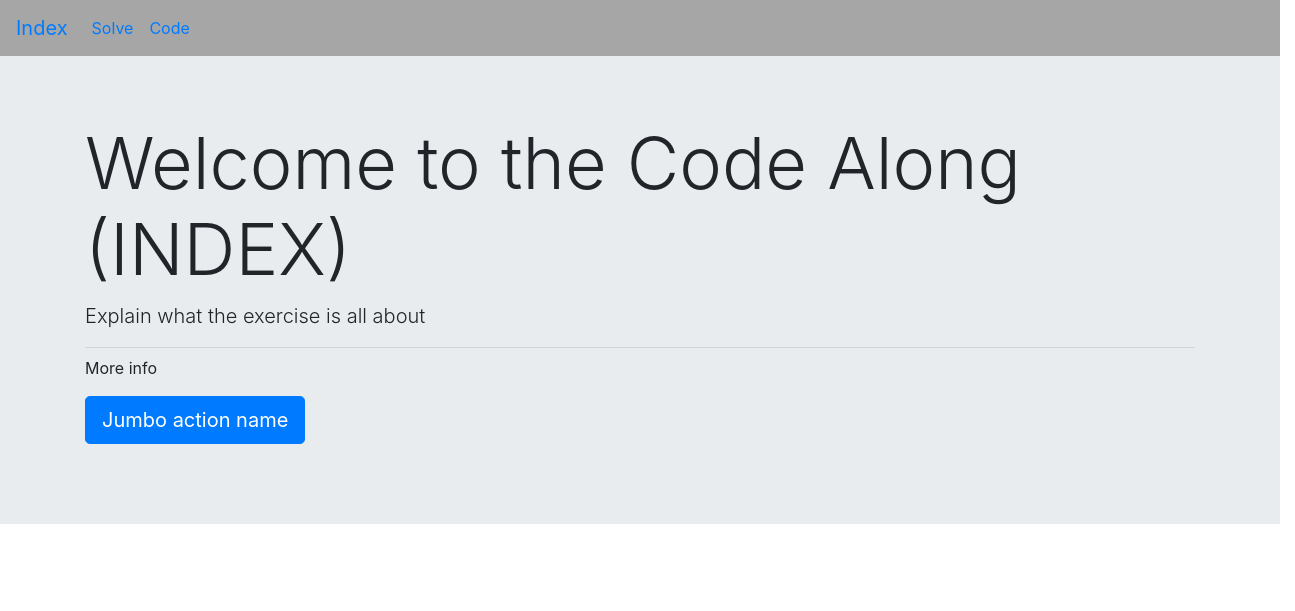
Repository: zhadjah9559/TacocatGrammar
Page: index.html
These files come from the project's save history. The page is drawn as it stood at one moment and after the next save; the edit follows.
The browser window is 1280 px wide. The page is 1280 px wide, then 1295 px, so the pictures cover 1295 px, including what lies to the right of the window. The pictures show the whole page.

Above is the page before, as saved 2021-01-12 01:14:30.

After the next save:
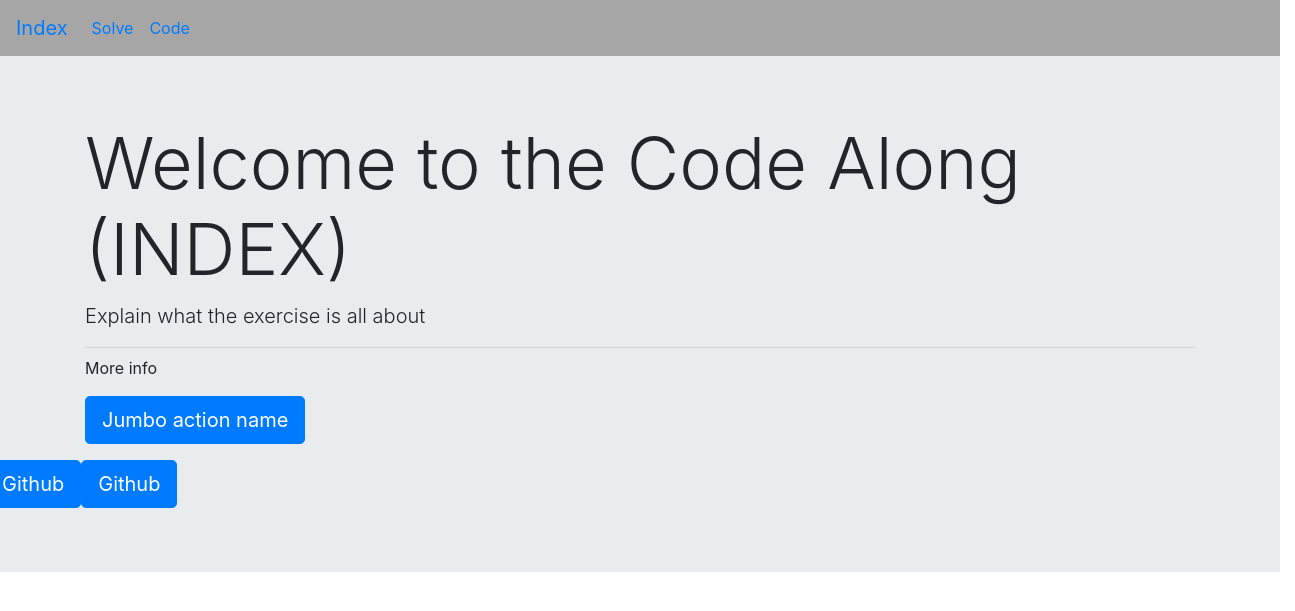
Saved 13 s later.
--- a/index.html
+++ b/index.html
@@ -40,6 +40,8 @@
         </div>
 
         <div class="row">
+            <a class="btn btn-primary btn-lg" target="_blank" href="https://github.com/zhadjah9559" role="button">Github</a>
+            <a class="btn btn-primary btn-lg" target="_blank" href="https://github.com/zhadjah9559" role="button">Github</a>
 
         </div>
     </div>
